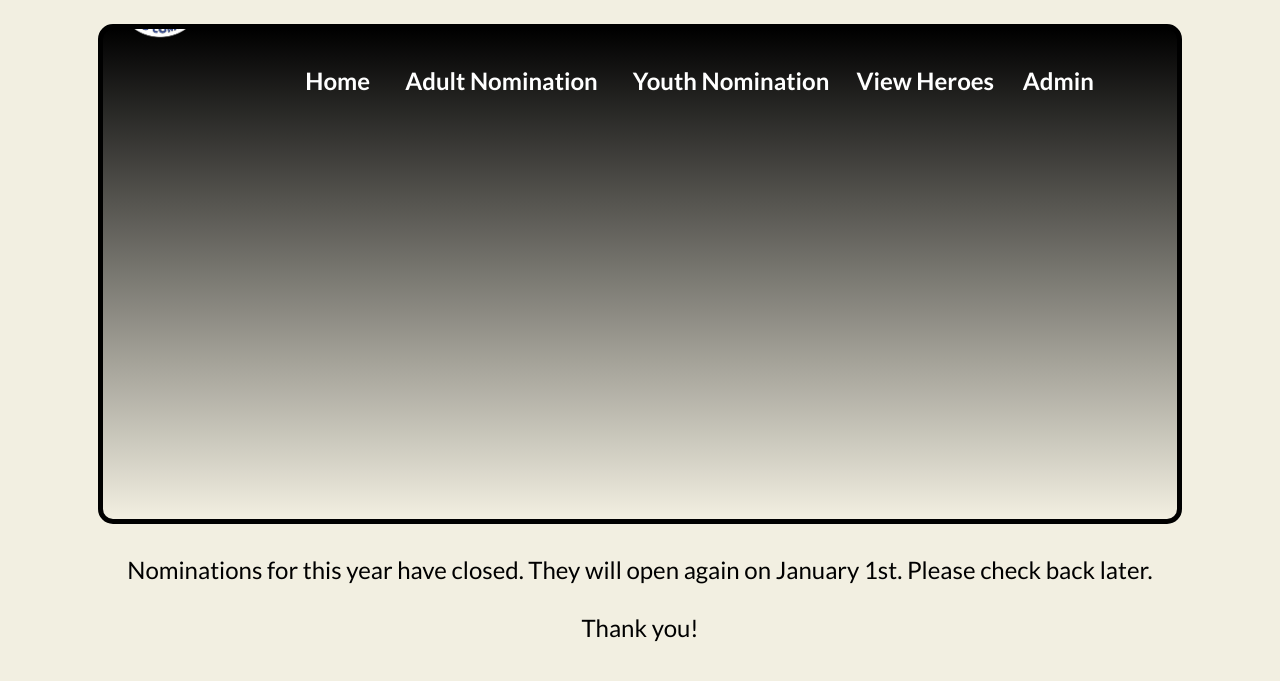
Repository: Centrattic/Young-Heroes-Website
Page: http://localhost/Frontend/adultnomination.php
These files come from the project's save history. The page is drawn as it stood at one moment and after the next save; the edit follows.
The browser window is 1280 px wide. The pictures show the whole page.
The page is run by PHP 8.4 with error messages shown; the project is at /var/www/html/. Queries for data that is not in the repository find no rows.

Above is the page before, as saved 2020-12-10 14:02:12.

### Eagle Project/Frontend/adultnomination.php
<?php
require_once '../Backend/functions.php';
require_once '../Backend/dbhconnect.php';
?>

<main>
    <html>
    <head>
        <link rel="stylesheet" href="https://cdn.jsdelivr.net/npm/bootstrap@4.5.3/dist/css/bootstrap.min.css" integrity="sha384-TX8t27EcRE3e/ihU7zmQxVncDAy5uIKz4rEkgIXeMed4M0jlfIDPvg6uqKI2xXr2" crossorigin="anonymous">
        <link href="../CSS/nomination.css" rel="stylesheet" type="text/css" />
        <link href="https://fonts.googleapis.com/css2?family=Lato:ital,wght@0,400;0,700;1,300;1,400&display=swap" rel="stylesheet">
        <link rel = "stylesheet" href = "../CSS/navbar.css">

        <style>
                .collapsible {
                    background-color: #eee;
                    color: #444;
                    cursor: pointer;
                    padding: 18px;
                    width: 100%;
                    border: none;
                    text-align: left;
                    outline: none;
                    font-size: 15px;
                    text-align: center;
                    margin-bottom: 1%;
                    width: 90%;
                }

                .active, .collapsible:hover {
                    background-color: #ccc;
                }


                .info-content {
                    padding: 0 18px;
                    display: none;
                    overflow: hidden;
                    background-color: #ffffff;
                    width: 90%;
                    margin: 1% auto;
                }

            </style>

    </head>
    <body>

    <?php
        navbar();

        $connection = connectToDB();
        list ($formStatus, $comments, $time) = readFormStatus($connection);
        mysqli_close($connection);

        if ( $formStatus != "open") {
            echo('<h1 style = "font-size: 1.5em;"> Nominations for this year have closed. They will open again on January 1st. Please check back later. <br><br> Thank you! ');
            exit();
        }
    ?>

    <h1> Adult Nomination </h1>
    <br>


    <h2 class= "age-definition"> Adults: Ages 19+</h2>
    <h3 style = "font-size: 1.25em; width: 60%; margin: 5px auto; font-weight: 800;"> All information is confidential for use by the Community Service Award Committee. </h3>

    <form action = "../Backend/nominateScript.php" method="post" name="nominate" enctype="multipart/form-data">

        <fieldset>
            <legend> Nominee Information</legend>
            <i>Please provide the following information about the individual you are nominating. If you are nominating a group, enter a group name and provide information here
            about the group organizer/leader.</i>
            <br> <br>

<!-- How many youth are you providing information about?-->

                <div class = "form-row">
                    <div class = "col-6">
                        <label for = "groupName">Group Name, if applicable </label>
                        <input class = "form-control" type="text" maxlength="80" id = "groupName" name="groupName" value="" title="Nominee's Full Name">
                    </div>

                    <div class = "col-5">
                        <label for = "nameNominee1">Nominee's Name * </label>
                        <input class = "form-control" required type="text" id = "nameNominee1" name="nameNominee1" value="" title="Nominee's Full Name">
                    </div>
                </div>

                <div class = "form-row">
                    <div class = "col-3">
                    <label for="ageNominee1">Nominee's Age Group *</label>
                            <select class = "form-control" required id="" name="ageNominee1">
                                <option value="" hidden disabled selected></option>
                                <option value="19-25">19-25</option>
                                <option value="25-40">25-40</option>
                                <option value="40-60">40-60</option>
                                <option value="60+">60+</option>
                            </select>
                    </div>

                    <div class = "col-4">
                        <label for="emailNominee1">Nominee's Email *</label>
                        <input class = "form-control" required type="text" name="emailNominee1" value="" title="Nominee's Email">
                    </div>

                    <div class = "col-4">
                        <label for="phoneParent1">Nominee's Phone *</label>
                        <input class = "form-control" required type="text" name="phoneParent1" value="" title="Nominee's Phone">
                    </div>
            </div>
        </fieldset>


        <fieldset>
            <legend> Additional Group Information </legend>
            <i> If you are nominating a group, please provide information about up to 3 additional members of the group.</i>
            <br> <br>
            <!--<button type="button" class="collapsible">Group Member 2</button>
            <div id = "CollapseInfo2" class = "info-content">
            </div>-->
                <?php
                    additionalAdultMembersHTML(2);
                ?>

        <!--<button type="button" class="collapsible">Group Member 3</button>
            <div id = "CollapseInfo3" class = "info-content">
            </div>-->
                <?php
                    additionalAdultMembersHTML(3);
                ?>

        <!--<button type="button" class="collapsible">Group Member 4</button>
            <div id = "CollapseInfo4" class = "info-content">
            </div>-->
                <?php
                    additionalAdultMembersHTML(4);
                ?>


        </fieldset>

        <fieldset>
            <legend> Nominator Information </legend>
            <i> This information will only be viewed by the Community Service Award Committee and will not be made public. </i> <br> <br>
                <div class = "col-12">
                    <label for = "nameNominator">Nominator's Full Name *</label>
                    <input class = "form-control" required type="text" id = "nameNominator" name="nameNominator" value="" title="Parent's Full Name">
                </div>

                <div class = "form-row">
                    <div class = "col-5">
                        <label for="emailNominator">Nominator's Email *</label>
                        <input class = "form-control" required type="text"name="emailNominator" value="" title="Parent's Email">
                    </div>

                    <div class = "col-6">
                        <label for="phoneNominator">Nominator's Phone Number *</label>
                        <input class = "form-control" required type="tel"name="phoneNominator" value="" title="Parent's Phone">
                    </div>
                </div>
        </fieldset>



        <fieldset>
            <legend> Nominee Contributions</legend>
            <i> If your nominee is selected as a winner, this information may be used to promote to the public. </i>
            <br> <br>

            <div>
                <label for="workNominee">Please summarize the action(s) and notable contributions of the individual or group and why you believe they are noteworthy for this award. You may attach additional information below.*</label> <!--  they are/were taking, what prompted them to take such action, their goal, how they have/had engaged others in their efforts, and their impact. -->
                <div class="inputWrapper">
                    <textarea class = "form-control" required maxlength="1500" name="workNominee" title="What work is the young hero/group doing?"></textarea>
                    <span>Limit: 1500 characters</span>
                </div>
            </div>
<!--
            <div>
                <label for="bioNominee">Write a short bio about the hero/group. Please summarize why they care about the issue and what personal interests, passions, or skills they have that are relevant to their service. *</label>
                <div class="inputWrapper">
                    <textarea class = "form-control" required maxlength="250" name="bioNominee" title="Person: Write a short bio about the young hero/group. Please summarize why they care about the issue, and what personal interests, passions, or skills they have that are relevant to their service." ></textarea>
                    <span>Limit: 250 characters</span>
                </div>
            </div>
-->

        </fieldset>

        <fieldset>
            <legend>Additional Supporting Information</legend>
            <i> <b> This section is optional. </b> <br> If necessary, please share additional information to support the nomination (including social media links, pictures, a resumé, and/or a .pdf/.docx file).</i>

            <br> <br>

            <h4> Social Media </h4>

            <div class = "form-row">

                <div class = "col-5">
                    <label for="facebookNominee">Facebook</label>
                    <input class = "form-control" maxlength = "100" type="text" name="facebookNominee" value="" title="Nominee's Facebook">
                    <span class="hint">Must be in full URL format. For example, http://www.facebook.com/younghero</span>
                </div>

                <div class = "col-6">
                    <label for="instagramNominee">Instagram</label>
                    <input class = "form-control" maxlength = "100" type="text" name="instagramNominee" value="" title="Nominee's Instagram">
                    <span class="hint">Must be in full URL format. For example, https://www.instagram.com/youthservice/</span>
                </div>
            </div>
            <br>

            <h4> Pictures </h4>
            <i>We encourage you to share exemplary photos of the work. Please upload them below along and include a short caption. We accept jpg, png, and jpeg formats. </i>
            <br>

            <div class = "form-row col-12">
                <label>Headshot of Nominee/Group </label>
                <input type = "file" name = "headshotNominee" class = "form-control-file col-12" id = "customFile">

            </div>

            <div class = "form-row">

                <div class = "col-6">
                    <label for = "pic2Nominee">Working Picture </label> <br>
                    <input class = "form-control-file" type = "file"  name = "pic2Nominee">

                    <input class = "form-control" type = "text" maxlength="80" name = "Captionpic2Nominee" placeholder = "Caption">
                    <span>Limit: 80 characters</span>
                </div>

                <div class = "col-5">
                     <label for = "pic3Nominee">Working Picture </label> <br>
                    <input class = "form-control-file" type = "file" name = "pic3Nominee">
                    <input class = "form-control" type = "text" maxlength="80" name = "Captionpic3Nominee" placeholder = "Caption">
                    <span>Limit: 80 characters</span>
                </div>
            </div>

            <br>

            <h4> Miscellaneous </h4>

            <i>Please upload any additional miscellaneous information. We accept pdf and docx formats less than 5MB.</i>
            <br>

            <div class = "form-row col-12">
                <label for = "resumeNominee">Upload Miscellaneous Information </label>
                <input type = "file" name = "resumeNominee" class = "form-control-file col-12">
            </div>
        </fieldset>

        <!--

        <fieldset id = "pictures">
            <legend> Nominee Pictures </legend>
            <i> <b> This sectional is optional. </b> <br> However, we encourage you to share photos of a nominee and their work. If you are willing, please upload them here along with a caption (also optional). We accept jpg, png, and jpeg formats. </i>
            <br><br>

            <div>
                <label for = "headshotNominee">Headshot of Young Hero(es) </label> <br>
                <input type = "file" name = "headshotNominee" placeholder = "Upload image of COVID Hero (5MB max)">
            </div>

            <div>
                <br> <label for = "pic2Nominee">Working Picture </label> <br>
                <input type = "file" name = "pic2Nominee" placeholder = "Upload image of COVID Hero (5MB max)">
                <input type = "text" maxlength="80" name = "Captionpic2Nominee" placeholder = "Caption"> <br>
                <span>Limit: 80 characters</span>
            </div>

            <div>
                <br> <label for = "pic3Nominee">Working Picture </label> <br>
                <input type = "file" name = "pic3Nominee" placeholder = "Caption">
                <input type = "text" maxlength="80" name = "Captionpic3Nominee" placeholder = "Caption"> <br>
                <span>Limit: 80 characters</span>
            </div>

        </fieldset>


        <fieldset id = "social-media">
            <legend> Nominee Social Media </legend>
            <i> <b> This section is optional. </b> If you choose to fill out social media information, it will only be viewed by the Community Service Award Committee, not the public. </i>
            <br><br>

            <div>
                <label for="facebookNominee">Nominee's Facebook</label>
                <div class="inputWrapper">
                    <input maxlength = "100" type="text" name="facebookNominee" value="" title="Nominee's Facebook">
                    <br>
                    <span class="hint">Must be in full URL format. For example, http://www.facebook.com/younghero</span>
                </div>
            </div>

            <div>
                <label for="twitterNominee">Nominee's Twitter</label>
                <div class="inputWrapper">
                    <input maxlength = "100" type="text" name="twitterNominee" value="" title="Nominee's Twitter">
                    <br>
                    <span class="hint">Must be in full URL format. For example, http://www.twitter.com/youthservice</span>
                </div>
            </div>

            <div>
                <label for="instagramNominee">Nominee's Instagram</label>
                <div class="inputWrapper">
                    <input maxlength = "100" type="text" name="instagramNominee" value="" title="Nominee's Instagram"></div>
            </div>

            <div>
                <label for="websiteNominee">Nominee's Website</label>
                <div class="inputWrapper">
                    <input maxlength = "100" type="text" name="websiteNominee" value="" title="Nominee's Website" class="">
                    <br>
                    <span class="hint">Must be in full URL format. For example, http://www.ysa.org</span>
                </div>
            </div>

            <div>
                <label for="newsNominee">Nominee's One News Link</label>
                <div class="inputWrapper">
                    <input maxlength = "100" type="text" name="newsNominee" value="" title="Nominee's News Link">
                    <br>
                    <span class="hint">Must be in full URL format. For example, https://patch.com/new-jersey/millburn/short-hills-scouts-host-coding-camp</span>
                </div>
            </div>

        </fieldset>

        <fieldset>
            <legend>Nominee Resumé/Additional Information</legend>
            <i> <b> This section is optional. </b> <br> If you choose to upload a resumé or share additional information, it will only be viewed by the Community Service Award Committee, not the public.</i>
            <div> <br>
                <label for = "resumeNominee">Upload Resumé as .pdf < 5MB </label><br>
                <input type = "file" name = "resumeNominee" placeholder = "Upload Resumé as .pdf < 5MB">
            </div>
        </fieldset>

        <!--<fieldset>
            <legend>Media Release Approval</legend>

            <div class="inputWrapper" id = "mediaflex">
                <i>Please ensure that the young hero approves of themselves appearing in the media. </i>
                <br>

                <br>
                <input required type="radio" id = "mediarelease" name="mediaRelease" value="1">
                <label for="mediaRelease" id = "media"> The young hero approves of themselves appearing in the media. *</label>

            </div>

            <div>
            <input style = "display: none;" id = "isYouth" name="isYouth" value="0">

            </div>



        </fieldset> -->

        <input type="submit" name="submit_button" value="Submit" class = "submit_button">

        <!--
        <div class="oneField field-container-D    " id="tfa_12-D">
        <label id="tfa_12-L" class="label preField reqMark" for="tfa_12">Nominator's Last Name</label><div class="inputWrapper"><input type="text" id="tfa_12" name="tfa_12" value="" aria-required="true" title="Nominator's Last Name" class="required"></div>
        </div>
        <div class="oneField field-container-D    " id="tfa_10-D">
        <label id="tfa_10-L" class="label preField reqMark" for="tfa_10">Nominator's Email</label><div class="inputWrapper"><input type="text" id="tfa_10" name="tfa_10" value="" aria-required="true" title="Nominator's Email" class="validate-email required"></div>
        </div>
        <div class="oneField field-container-D    " id="tfa_13-D">
        <label id="tfa_13-L" class="label preField reqMark" for="tfa_13">Nominator's Phone</label><div class="inputWrapper"><input type="text" id="tfa_13" name="tfa_13" value="" aria-required="true" title="Nominator's Phone" class="required"></div>
        </div>
        </fieldset>
        <fieldset id="tfa_588" class="section wf-acl-hidden">
        -->
        </form>

        <?php
      footer();
     ?>

        <!--<div id = "quote">
            <h1> COVID Nomination </h1>
        </div>


        <br><br><br><br>


        <div id = "directions">
        <h2> Nominate a COVID Hero!</h2>
        <h4> In your form, please don't use any inapproriate or spam entries or your nomination will be removed and your account banned. Also,
            do not write in full sentences when filling out the contact and location sections. </h4>
        </div>

        <br><br><br><br><br><br>

        <div id = "border">
            <p class= large> Upload Your Image of a COVID Hero </p>
            <p> Only use .jpeg, .png, or .jpg for your image. For best results, use an image with a slightly longer length than width. </p> <br>

            <form action = "fileUploadScript.php" method = "post" enctype = "multipart/form-data" id ="nominate">
            <input type = "file" name = "image" placeholder = "Upload image of COVID Hero (5MB max)" id = "uploadedimg">

            <br>

            <br>
            <p class= large> All About Your Hero (300 chars max) </p>
            <p> Ex. Josh Chun is a Millburn High School student who loves plain yogurt, coding, and geometry class. </p> <br>
            <textarea name = "description" rows = 5 placeholder = "Personal Description of Hero (200 chars max)" maxlength = "200"> </textarea> <br><br>

            <p class= large> Hero's Location </p>
            <p> Ex. Millburn, New Jersey, 07078 (please include the hero's zipcode)</p> <br>
            <textarea name = "location" placeholder = "Hero's Location (100 chars max)" rows = 5 maxlength = "100"> </textarea> <br><br>

            <p class= large> What Has Your Hero Done? </p>
            <p> Ex. Josh Chun sews masks and donates them to Goodwill shelters during this period. </p> <br>
            <textarea name = "job" placeholder = "What the Hero has Done (200 chars max)" rows = 5 maxlength = "200"> </textarea> <br><br>

            <p class= large> Way to Contact Hero </p>
            <p> Please type only a phone number and/or email address. </p>
            <textarea name = "contact" placeholder = "Hero's Phone Number/Email Address (100 chars max)" rows = 5 maxlength = "100"> </textarea> <br><br>

            <p class= large> Hero's News Links </p>
            <p> Please put, maximum, one http link of your hero's. If none, leave this field empty. </p>
            <textarea name = "news" placeholder = "News URL" rows = 3>  </textarea> <br><br>

            <button id = "nominatehero" type = "submit" name = "nominate"> Nominate Hero</button>


            </form>
        -->

<!--
            <script>
            var coll = document.getElementsByClassName("collapsible");
            var i;

            for (i = 0; i < coll.length; i++) {
            coll[i].addEventListener("click", function() {
                this.classList.toggle("active");
                var content = this.nextElementSibling;
                if (content.style.display === "block") {
                content.style.display = "none";
                } else {
                content.style.display = "block";
                }
            });
            }
            </script>-->

    </body>
    </html>
</main>

### Eagle Project/Backend/dbhconnect.php
<?php
  $servername = "localhost";
  $dbUsername = "root";
  $dbPassword = "";
  $dbName = "young_heroes";

  //connecting to database
  $connection = new mysqli($servername, $dbUsername, $dbPassword, $dbName);

  //error message if connection fails
  if(!$connection){
    die("Connection failed: ".mysqli_connect_error());
  }
?>

### Eagle Project/CSS/navbar.css
* {
    text-align: center;
    font-family: 'Lato', sans-serif;
}

body {
    background-color: #F2EFE1;
}


.menu-area li{
    display: inline;
    color: white;
    font-weight: bold;
    font-size: 1.5em;
    padding-bottom: 10px;
}

.menu-area .non-dropdown a{
    display: inline-block;
    padding: 30px 10px;
    text-decoration: none;
    color: white;
    box-sizing: border-box;

}

.menu-area .nav-dropdown .dropdown-content li a{
    display: inline-block;
    text-align: center;
    padding: 14px 16px;
    text-decoration: none;
}

.menu-area {
    width: 100%;
    background-image: linear-gradient(black, #F2EFE1);
    overflow: hidden;
    border-radius: 15px;
    border: 5px solid black;
    height: 500px !important;
}

.menu-area .non-dropdown:hover{
    border-radius: 0px;
    border-bottom: 10px solid aliceblue;
}

.menu-area li a {
    box-sizing: border-box;
}

.nav-dropbtn {
    text-decoration: none;
    color: white;
}

/*FIX THIS LATER*/


#logout {
    all: unset;
}

body {
    margin: 0 5%;
}

/* ------------------*/



li.nav-dropdown {
    display: inline-block;
}

.dropdown-content {
    display: none;
    position: absolute;
    background-color: #f9f9f9;
    min-width: 150px;
    box-shadow: 0px 8px 16px 0px rgba(0,0,0,0.2);
    z-index: 1;

}

.dropdown-content a {
    color: black;
    padding: 12px 16px;
    text-decoration: none;
    display: block;
    font-size: .9em;
    text-align: left;
}


.dropdown-content a:hover {
    background-color: #f1f1f1;
}


.nav-dropdown:hover .dropdown-content {
    display: block;
    border-radius: 0px;
}


/* Footer*/



.site-footer {
    background-color: #E2DECC;
      text-align: center;
      margin: 10px 0;
      padding: 10px 0;
  }

  #social-wrapper {
      text-align: center;
  }

  /*Social Media Icons*/
  .social-wrapper {
      text-align: center;
  }

  .social-wrapper ul li {
      display: inline;
      margin: 0 5px;
  }

  .twitter-icon,
  .facebook-icon,
  .instagram-icon,
  .linkedin-icon,
  .googleplus-icon,
  .youtube-icon,
  .foursquare-icon{
      margin-top: .625em;
      width: 40px;
      height: 40px;
      opacity: .6;
      filter: alpha(opacity=60); /* For IE8 and earlier */
    border-radius: 25px;
  }

  .twitter-icon:hover,
  .facebook-icon:hover,
  .instagram-icon:hover,
  .linkedin-icon:hover,
  .googleplus-icon:hover,
  .youtube-icon:hover,
  .foursquare-icon:hover {
      opacity: 1.0;
      filter: alpha(opacity=100); /* For IE8 and earlier */
  }

  .footer-nav p {
      text-align: center;
  }

Loaded but not shown: Eagle Project/Backend/functions.php (1056 lines, source omitted); Eagle Project/CSS/nomination.css (101 lines, source omitted)

After the next save:
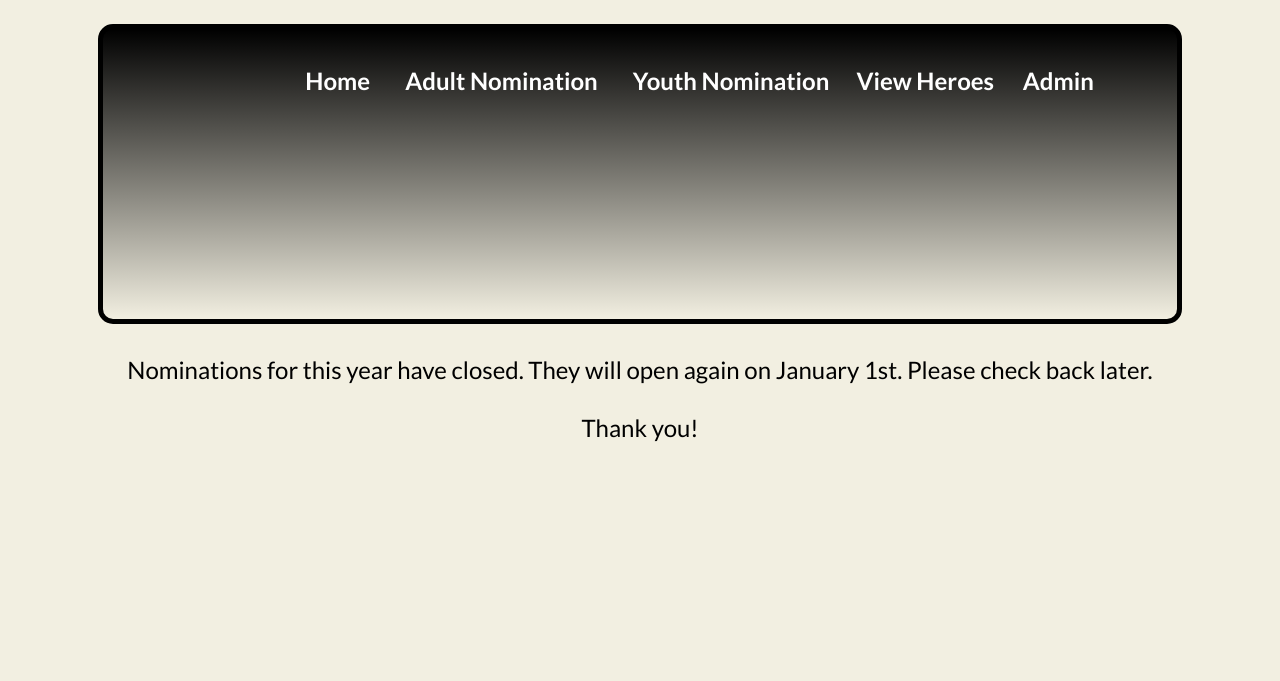
Saved 7 s later.
--- a/Eagle Project/CSS/navbar.css
+++ b/Eagle Project/CSS/navbar.css
@@ -38,7 +38,7 @@ body {
     overflow: hidden;
     border-radius: 15px;
     border: 5px solid black;
-    height: 500px !important;
+    height: 300px !important;
 }
 
 .menu-area .non-dropdown:hover{
